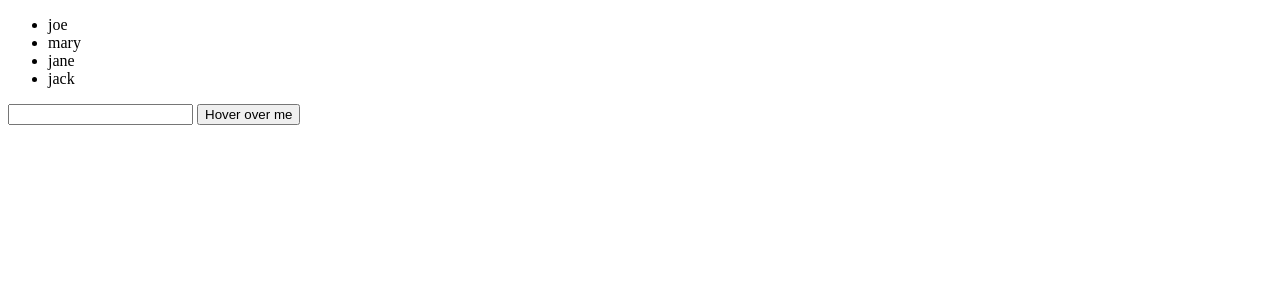
Repository: Samtrapskin/Time-to-learn-Vue.JS
Page: lara.html
These files come from the project's save history. The page is drawn as it stood at one moment and after a run of saves; the edit follows.
The browser window is 1280 px wide. The pictures show the whole page.
Some web libraries are served in a nearby version.

Above is the page before, as saved 2018-07-03 13:14:12.

After the next 2 saves:
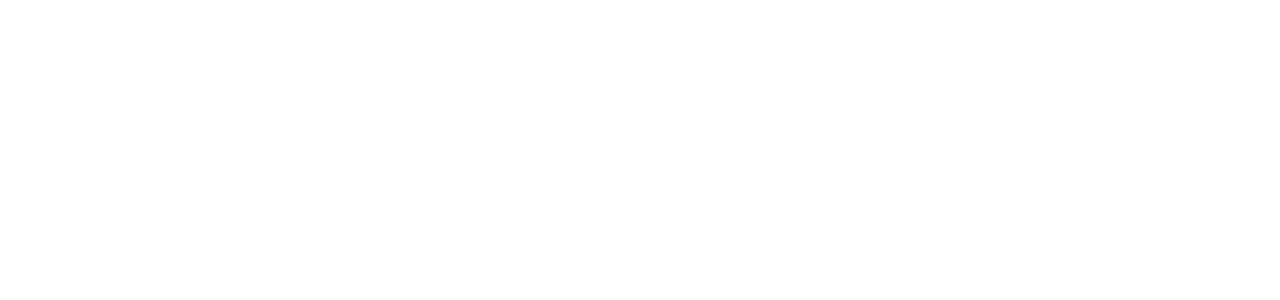
The 2 saves are shown as one change because they came seconds apart.
The last was saved 33 s later.
--- a/lara.html
+++ b/lara.html
@@ -16,7 +16,7 @@
 
       <input id="input" type="text" v-model="newName" v-on:keyUp="addName">
 
-      <button title="iam the title of the button.">Hover over me</button>
+      <button v-bind:title="iam the title of the button.">Hover over me</button>
     </div>
         <script src="https://cdn.jsdelivr.net/npm/vue@2.5.16/dist/vue.js"></script>
 

After the 2 saves that followed:
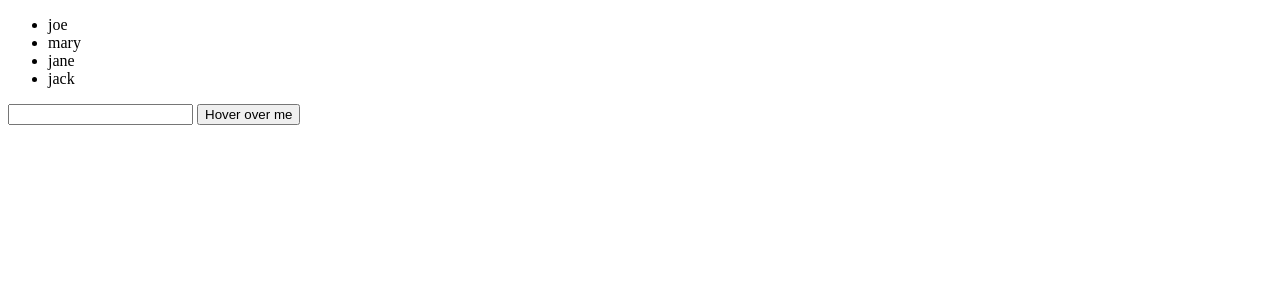
The 2 saves are shown as one change because 1 left the picture as it was.
The last was saved 25 s later.
--- a/lara.html
+++ b/lara.html
@@ -16,7 +16,7 @@
 
       <input id="input" type="text" v-model="newName" v-on:keyUp="addName">
 
-      <button v-bind:title="iam the title of the button.">Hover over me</button>
+      <button v-bind:title="title">Hover over me</button>
     </div>
         <script src="https://cdn.jsdelivr.net/npm/vue@2.5.16/dist/vue.js"></script>
 
